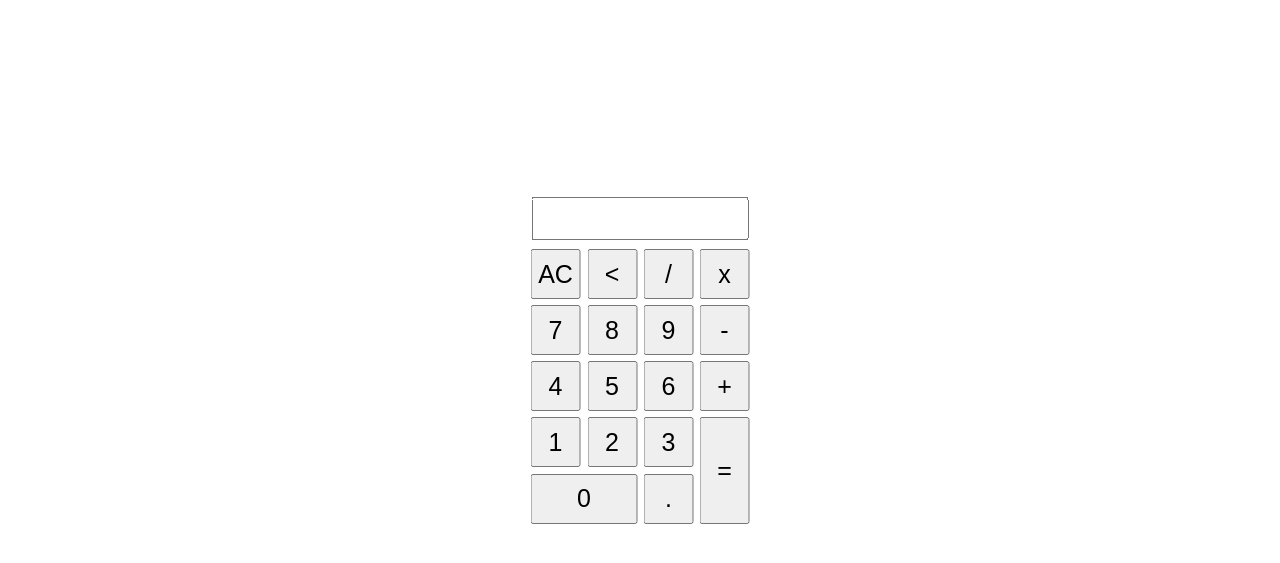
Repository: lacey-crenshaw/calculator
Page: index.html
The author's editor kept a copy of each file at every save. The page is drawn from the files as they stood at one save, then again after the next save.
The browser window is 1280 px wide. The pictures show the whole page.

Above is the page before, as saved 2020-02-14 09:57:43.

After the next save:
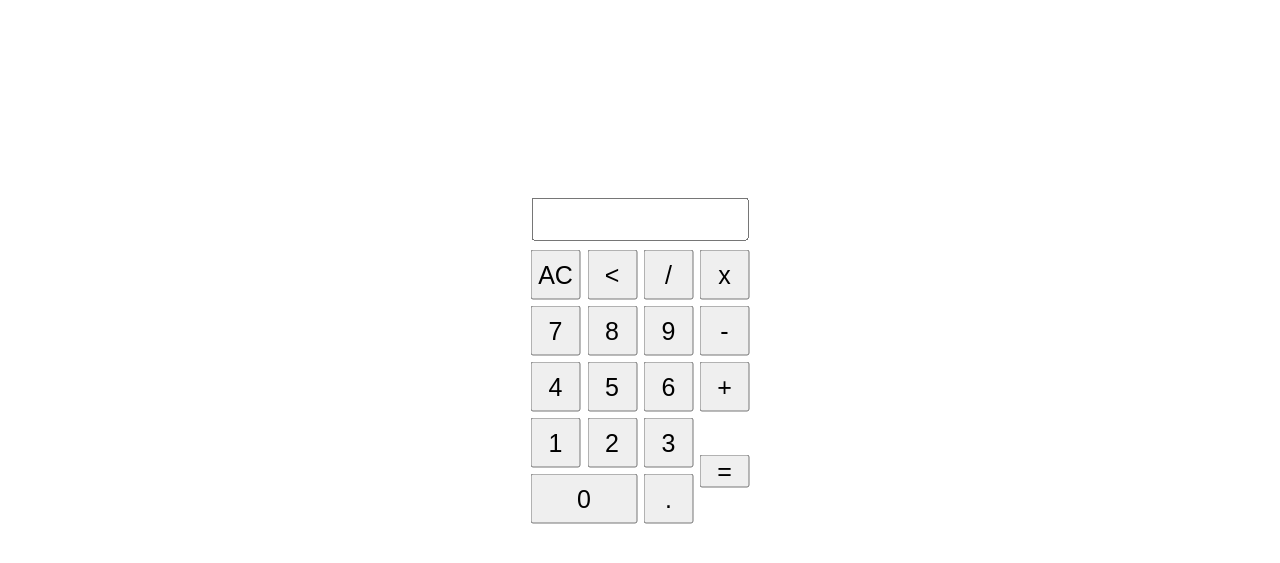
Saved 40 s later.
--- a/style.css
+++ b/style.css
@@ -30,5 +30,5 @@
 }
 
 #eq {
-    height: 107;
+    height: auto;
 }
